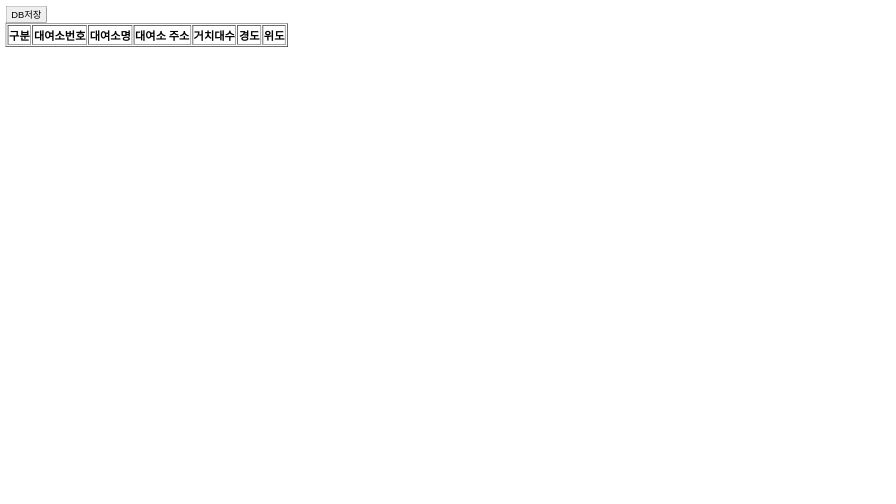
Repository: ChoHyeonJunn/Workspace_WEB
Page: http://localhost/jsp14_bike/bike01.jsp
An editor plug-in stored every save of this project. The page is shown before and after the next save, followed by the edit.
The browser window is 1280 px wide. The pictures show the part of the page from y = 0 to 1920 px (the page is 720 px tall before and 34965 px after), at 70% of full size.
The page is served by Tomcat 9.

Above is the page before, as saved 2020-01-22 10:30:56.
Console error: TypeError: $(...).appned is not a function

After the next save:
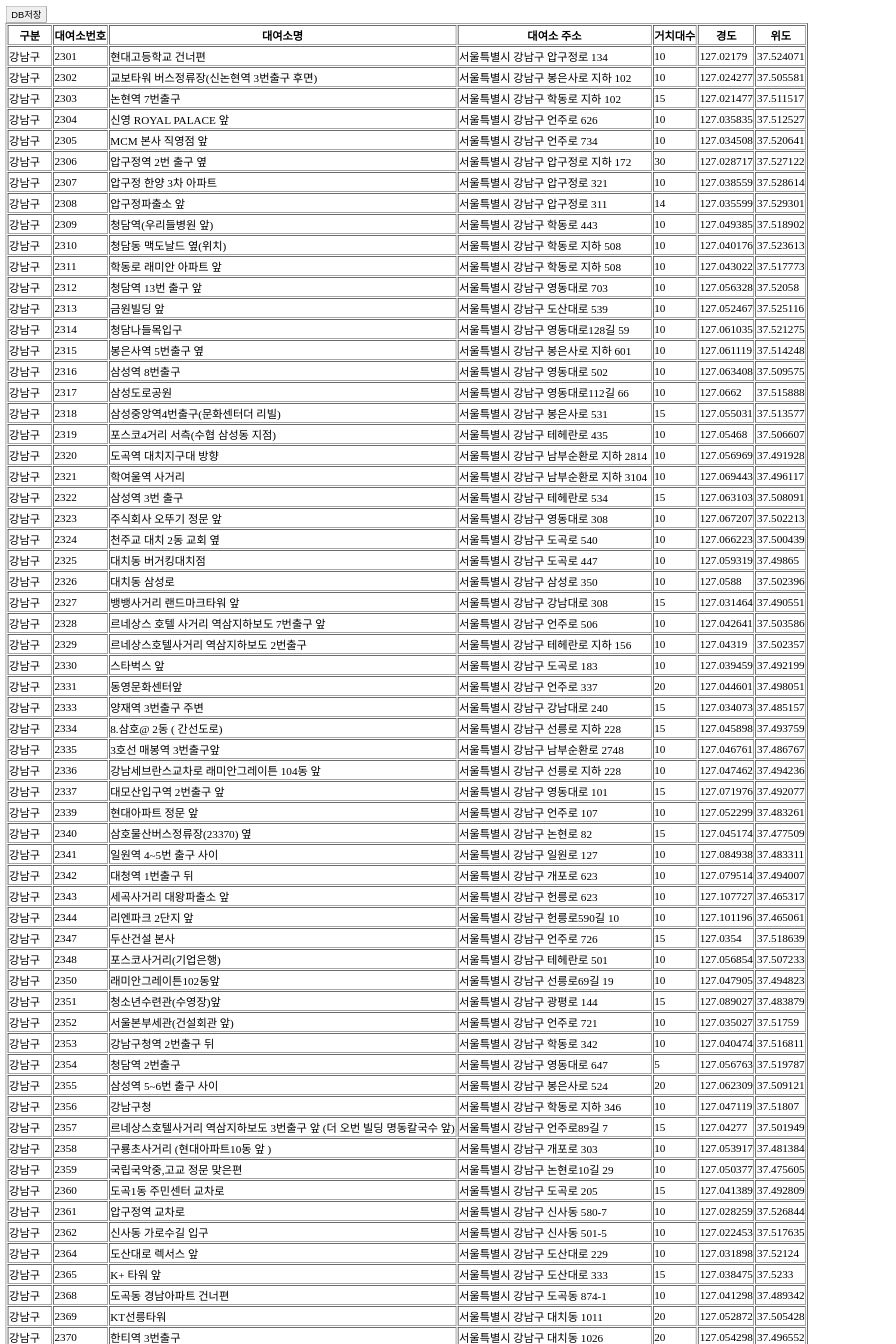
The error is gone.
Saved 2 min 13 s later.
--- a/jsp14_bike/WebContent/resources/js/bike01.js
+++ b/jsp14_bike/WebContent/resources/js/bike01.js
@@ -26,7 +26,7 @@ function getJsonTest(){
 				for(var i=0;i<list.length;i++){
 					var str = list[i];
 
-					$("tbody").appned(
+					$("tbody").append(
 							"<tr>" +
 								"<td>" + str.addr_gu + "</td>" +
 								"<td>" + str.content_id + "</td>" +
